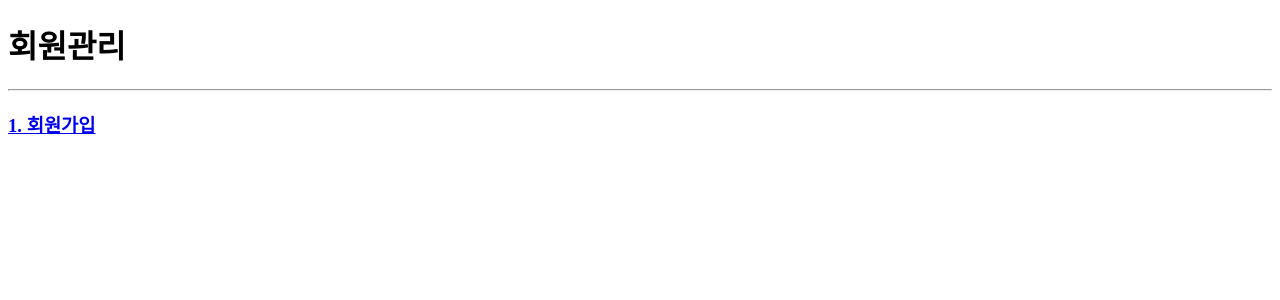
Repository: beescuit9510/toyProjects
Page: http://localhost/05_jspDbProject/
The author's editor kept a copy of each file at every save. The page is drawn from the files as they stood at one save, then again after a run of saves.
The browser window is 1280 px wide. The pictures show the whole page.
The page is served by Tomcat 9. Other server files are loaded and not shown.

Above is the page before, as saved 2021-09-30 06:39:41.

### web-server-workplace/05_jspDbProject/src/main/webapp/index.jsp
<%@ page language="java" contentType="text/html; charset=UTF-8"
    pageEncoding="UTF-8"%>
<!DOCTYPE html>
<html>
<head>
<meta charset="UTF-8">
<title>Insert title here</title>
</head>
<body>
	<h1>회원관리</h1>
	<hr>
	<h3><a href="/05_jspDbProject/views/joinFrm.jsp">1. 회원가입</a></h3>
</body>
</html>

After the next 2 saves:
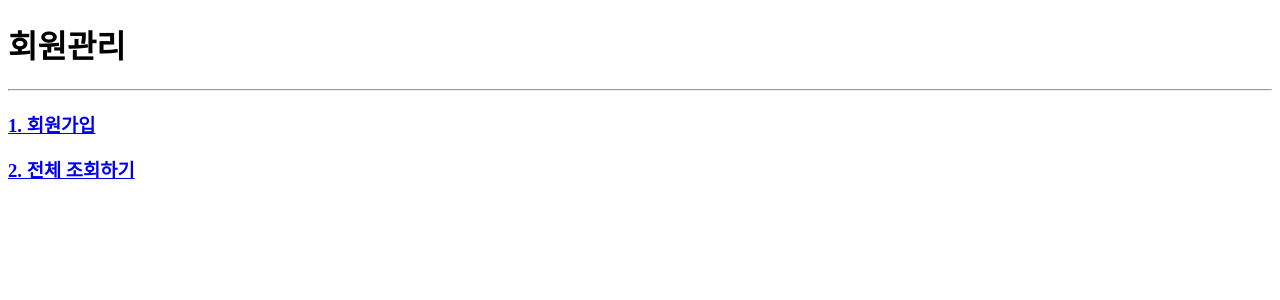
The 2 saves are shown as one change because they came seconds apart.
The last was saved 35 s later.
--- a/web-server-workplace/05_jspDbProject/src/main/webapp/index.jsp
+++ b/web-server-workplace/05_jspDbProject/src/main/webapp/index.jsp
@@ -10,5 +10,6 @@
 	<h1>회원관리</h1>
 	<hr>
 	<h3><a href="/05_jspDbProject/views/joinFrm.jsp">1. 회원가입</a></h3>
+	<h3><a href="/05_jspDbProject/views/joinFrm.jsp">2. 전체 조회하기</a></h3>
 </body>
 </html>
